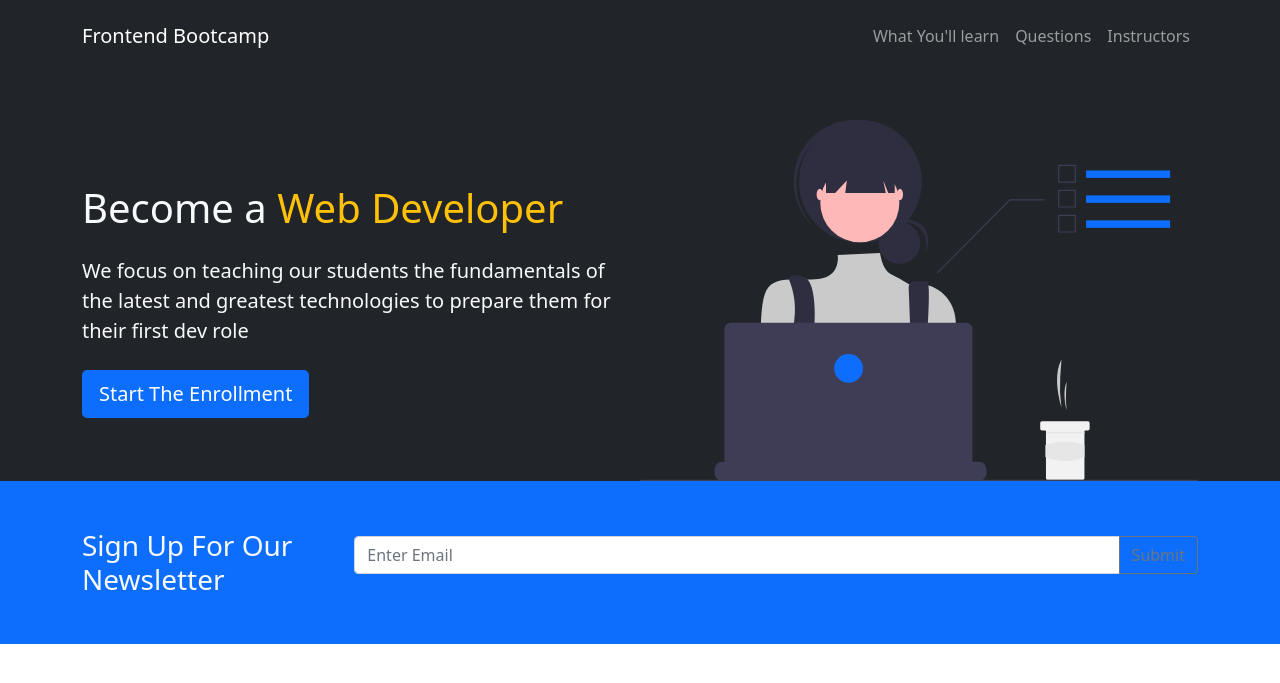
Repository: Marhamat92/Bootstrap5-Responsive-Website-
Page: index.html
These files come from the project's save history. The page is drawn as it stood at one moment and after the next save; the edit follows.
The browser window is 1280 px wide. The pictures show the whole page.

Above is the page before, as saved 2021-09-18 16:53:14.

After the next save:
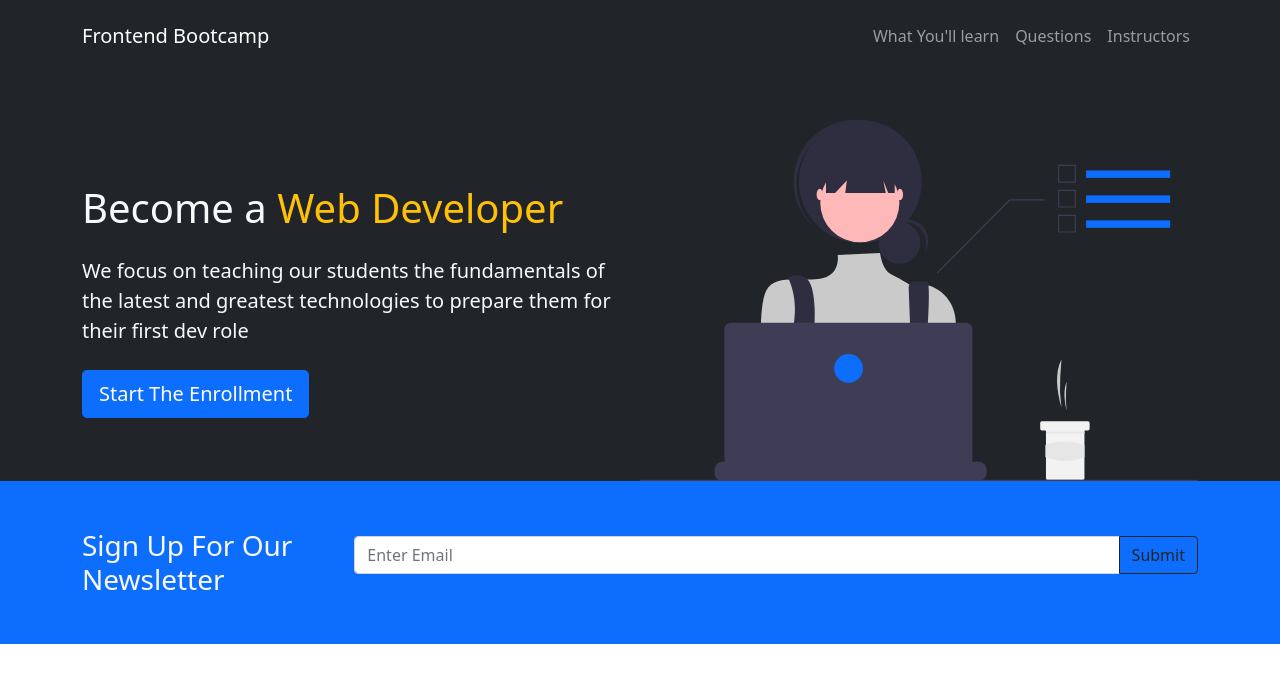
Saved 30 s later.
--- a/index.html
+++ b/index.html
@@ -61,7 +61,7 @@
         <h3 class="mb-3 mb-md-0">Sign Up For Our Newsletter</h3>
         <div class="input-group mb-3">
             <input type="text" class="form-control" placeholder="Enter Email" aria-label="Recipient's username" aria-describedby="button-addon2">
-            <button class="btn btn-outline-secondary" type="button" id="button-addon2">Submit</button>
+            <button class="btn btn-outline-dark" type="button" id="button-addon2">Submit</button>
           </div>
 
       </div>
